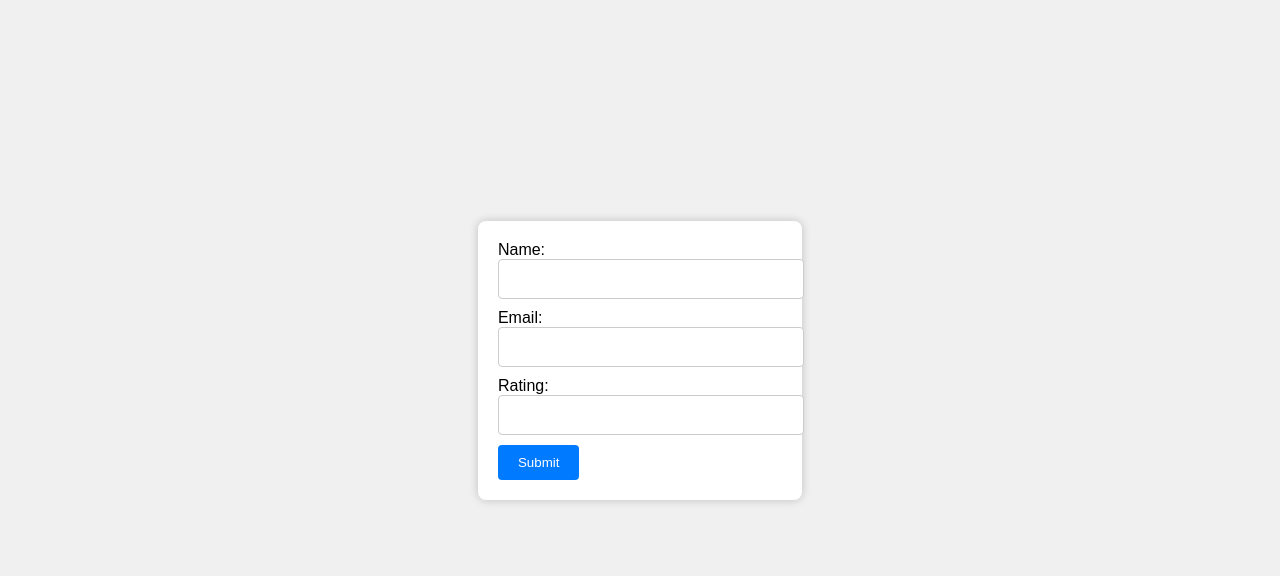
Repository: aya7abbal/Luxor-Customer-Form
Page: index2.html
The author's editor kept a copy of each file at every save. The page is drawn from the files as they stood at one save, then again after the next save.
The browser window is 1280 px wide. The pictures show the whole page.

Above is the page before, as saved 2023-10-19 22:08:28.

After the next save:
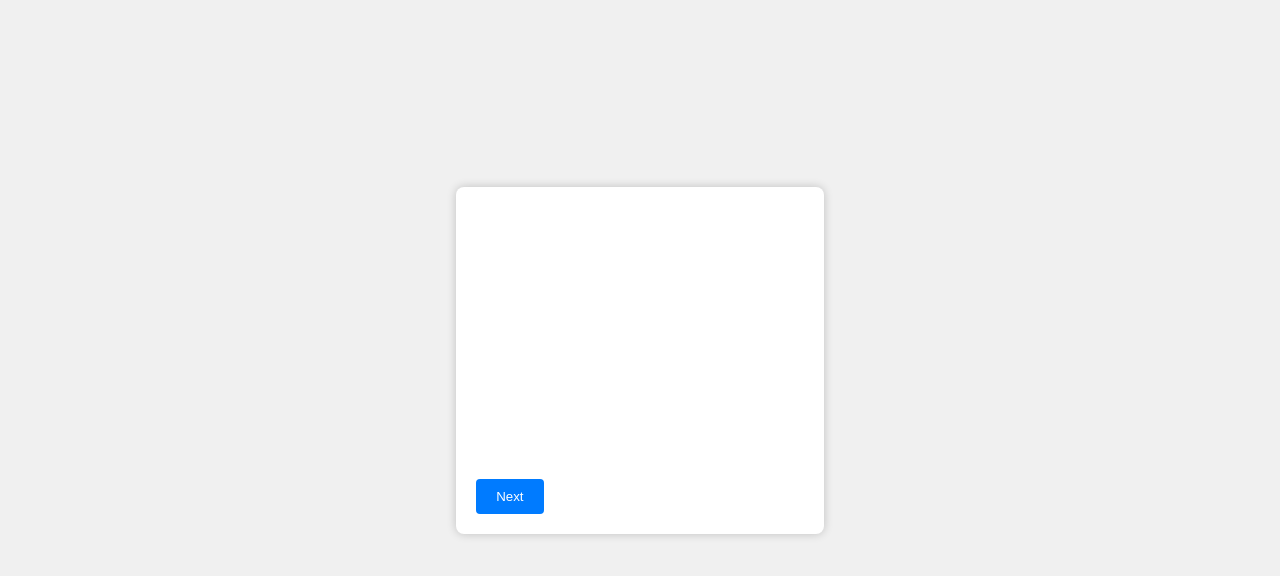
Saved 2 min 16 s later.
--- a/index2.html
+++ b/index2.html
@@ -24,6 +24,14 @@
 
         .form-step {
             margin-bottom: 10px;
+            opacity: 0;
+            transform: translateY(20px);
+            transition: opacity 0.3s ease, transform 0.3s ease;
+        }
+
+        .form-step.active {
+            opacity: 1;
+            transform: translateY(0);
         }
 
         input {
@@ -59,23 +67,39 @@
                 <label for="rating">Rating:</label>
                 <input type="number" id="rating" name="rating">
             </div>
+            <div class="form-step">
+                <label for="page2-field">Page 2 Field:</label>
+                <input type="text" id="page2-field" name="page2-field">
+            </div>
             <!-- Add more fields as needed -->
-            <button type="submit">Submit</button>
+            <button type="submit">Next</button>
         </form>
     </div>
 
     <script>
         const formSteps = document.querySelectorAll(".form-step input");
+        const nextButton = document.querySelector("button[type='submit']");
+        let currentPage = 0;
+
+        formSteps[currentPage].focus();
 
         formSteps.forEach((input, index) => {
             input.addEventListener('keydown', (event) => {
-                if (event.key === 'Enter') {
+                if (event.key === 'Tab' && index < formSteps.length - 1) {
                     event.preventDefault();
-                    if (index + 1 < formSteps.length) {
-                        formSteps[index + 1].focus();
-                    }
+                    formSteps[index + 1].focus();
                 }
             });
+        });
+
+        nextButton.addEventListener('click', (event) => {
+            event.preventDefault();
+            if (currentPage < formSteps.length - 1) {
+                formSteps[currentPage].parentNode.classList.remove("active");
+                currentPage++;
+                formSteps[currentPage].parentNode.classList.add("active");
+                formSteps[currentPage].focus();
+            }
         });
     </script>
 </body>
